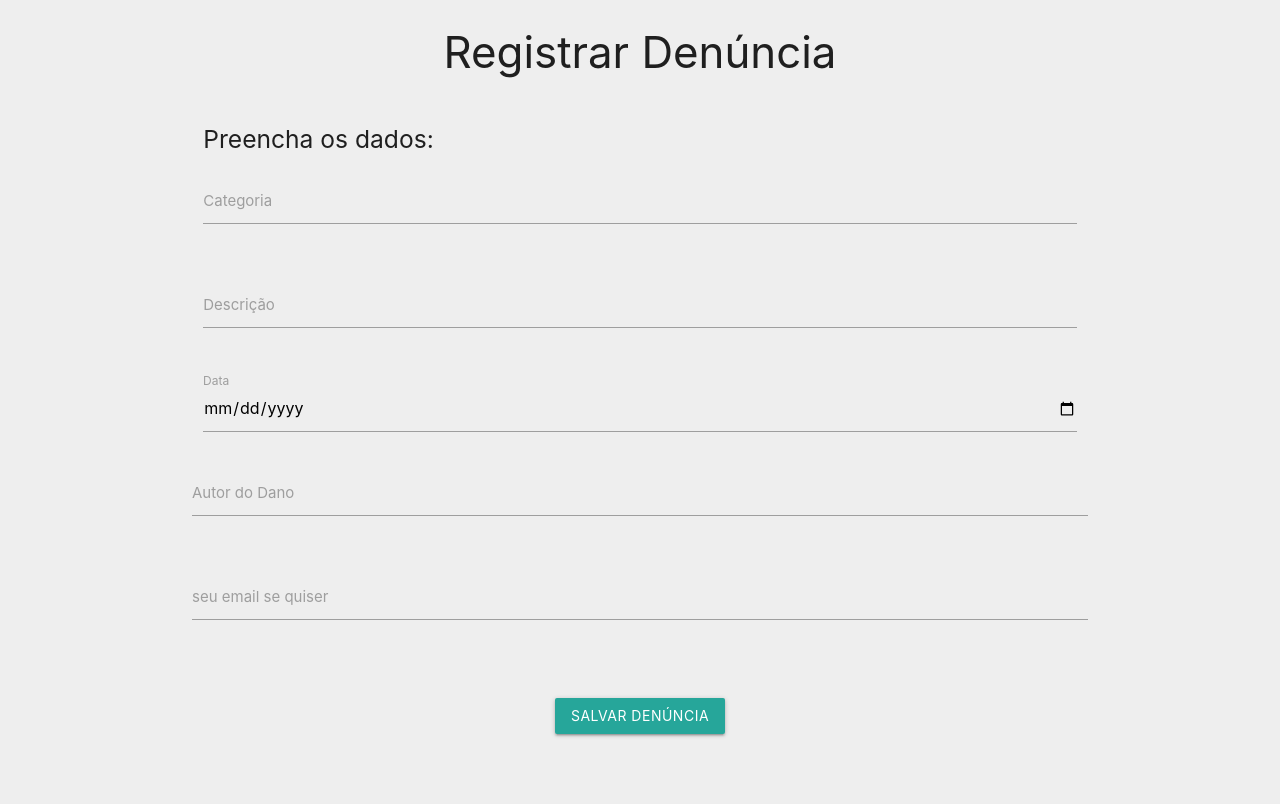
Repository: luisfernandofaria/ultimosinosi
Page: http://localhost/denuncia/dadosdenuncia
An editor plug-in stored every save of this project. The page is shown before and after a run of saves, followed by the edit.
The browser window is 1280 px wide. The pictures show the whole page.
Some web libraries are served in a nearby version. The page is this project's Thymeleaf template; nobody is signed in. The template is opened directly, without the code that normally fills it, so the values that code supplies are empty.

Above is the page before, as saved 2019-11-19 04:19:06.

### sino/src/main/resources/templates/denuncia/dadosdenuncia.html
<!DOCTYPE html>
<html xmlns:th="http://www.thymeleaf.org">
<head>
<meta charset="UTF-8" />
<link type="text/css" rel="stylesheet"
	href="https://cdnjs.cloudflare.com/ajax/libs/materialize/1.0.0-beta/css/materialize.min.css" media="screen,projection" />
<link href="https://fonts.googleapis.com/icon?family=Material+Icons"
	rel="stylesheet" />
<title>Sinosi WEB</title>
<script type="text/javascript" src="https://code.jquery.com/jquery-3.2.1.min.js"></script>

</head>
<body class="grey lighten-3">
	<div id="formularioEdicao" class="container">

		<h3 class="main-title center">Registrar Denúncia</h3>
		<div class="row">

			<form class="col s12" action="#" th:action="@{/denuncia/salvar}"
				th:object="${denuncia}" method="post">
				<div class="section">
					<h5>Preencha os dados:</h5>

					<div class="row">
						<div class="input-field col s12">
							<input id="categoria" type="text" th:field="*{categoria}" />
							<label for="categoria">Categoria</label>
						</div>
					</div>

					<div class="row">
						<div class="input-field col s12">
							<input id="descricao" type="text" th:field="*{descricao}" />
							<label for="descricao">Descrição</label>
						</div>
					</div>

					<div class="row">
						<div class="input-field col s12">
							<input id="dataDenuncia" type="date" class="datepicker" th:field="*{dataDenuncia}" />
								 <label for="dataDenuncia">Data</label>
						</div>
						<div class="row">
							<div class="input-field col s12">
								<input id="autorDano" type="text" th:field="*{autorDano}" /> <label
									for="autorDano">Autor do Dano</label>
							</div>
						</div>
						<div class="row">
							<div class="input-field col s12">
								<input id="emailUsuario" type="text" th:field="*{emailUsuario}" />
								<label for="emailUsuario">seu email se quiser</label>
							</div>
						</div>

					</div>
					<!-- Fim SECTION Dados Basicos -->

					<div class="row">
						<div class="input-field col s12 center">
							<button class="btn waves-effect waves-light" type="submit"
								name="action">Salvar Denúncia</button>
						</div>
					</div>
			</form>
		</div>

	</div>
	<!-- Fim do formulario de edicao -->

	<script type="text/javascript"
		src="../materialize/js/materialize.min.js"></script>
</body>
</html>

Loaded but not shown: sino/src/main/resources/static/materialize/js/materialize.min.js (library)

After the next 2 saves:
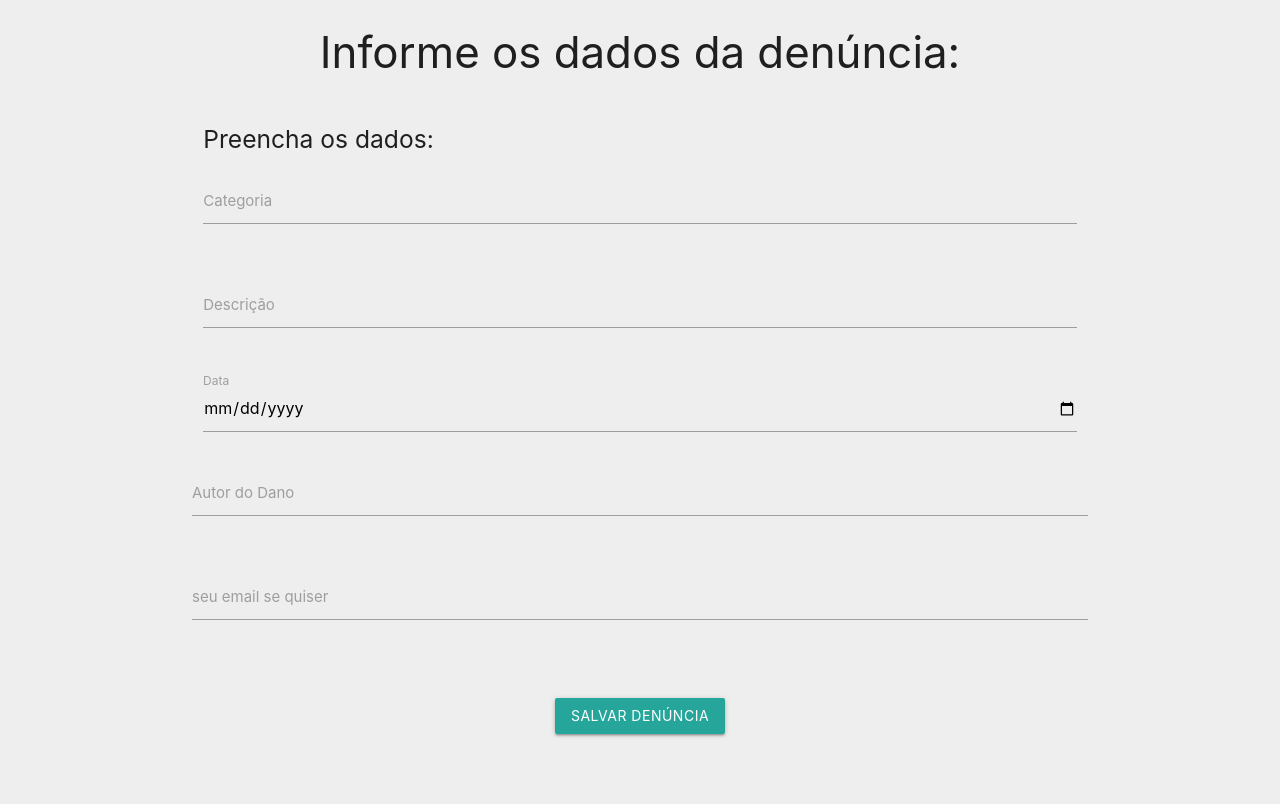
The 2 saves are shown as one change because they came seconds apart.
The last was saved 12 h 19 min later.
--- a/sino/src/main/resources/templates/denuncia/dadosdenuncia.html
+++ b/sino/src/main/resources/templates/denuncia/dadosdenuncia.html
@@ -13,7 +13,7 @@
 <body class="grey lighten-3">
 	<div id="formularioEdicao" class="container">
 
-		<h3 class="main-title center">Registrar Denúncia</h3>
+		<h3 class="main-title center">Informe os dados da denúncia: </h3>
 		<div class="row">
 
 			<form class="col s12" action="#" th:action="@{/denuncia/salvar}"
